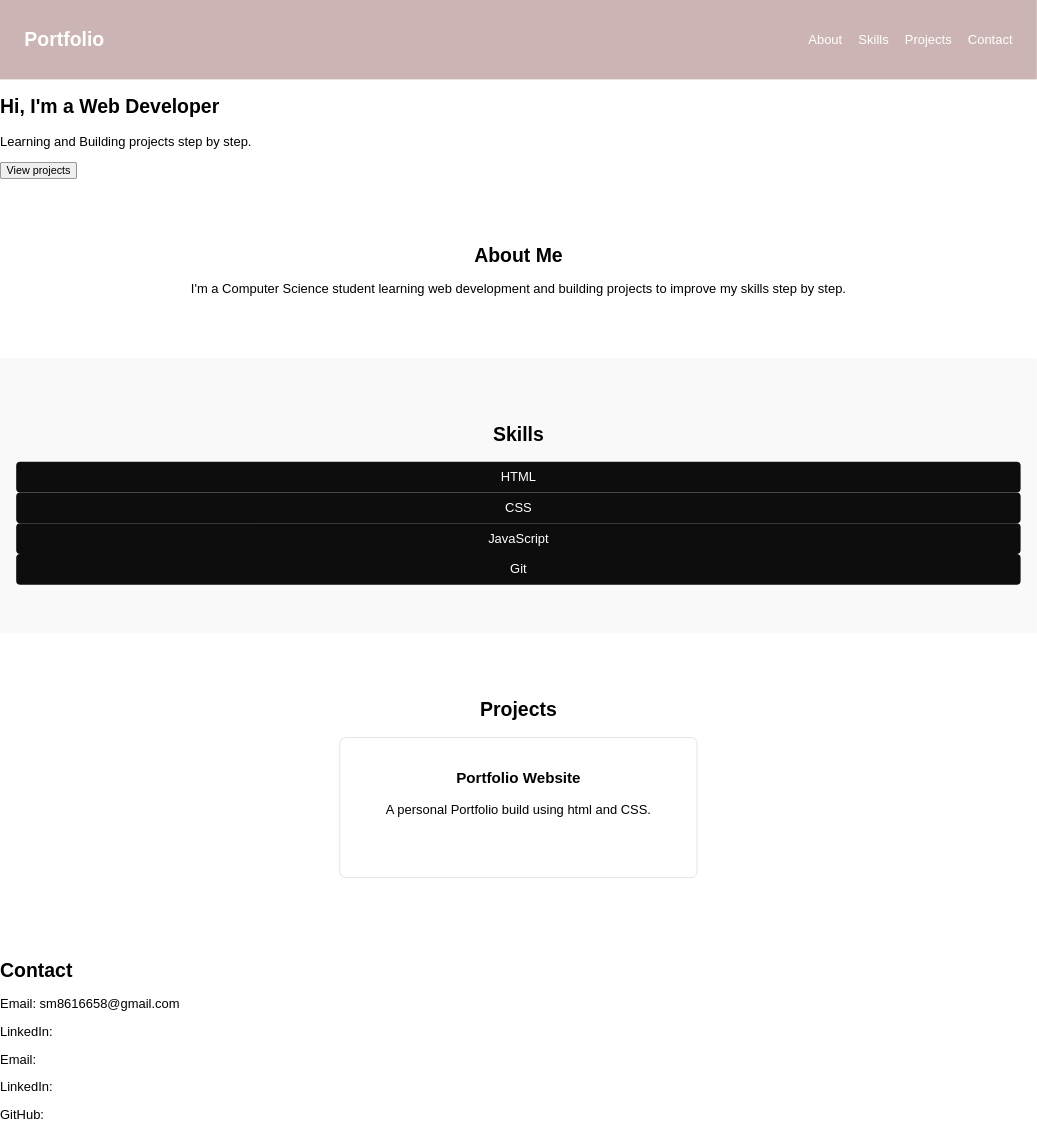
Repository: syeda-naqvi-hub/Portfolio-website
Page: python/portfolio/index.html
The author's editor kept a copy of each file at every save. The page is drawn from the files as they stood at one save, then again after the next save.
The browser window is 1280 px wide. The pictures show the whole page, at 81% of full size.

Above is the page before, as saved 2026-02-07 11:41:03.

After the next save:
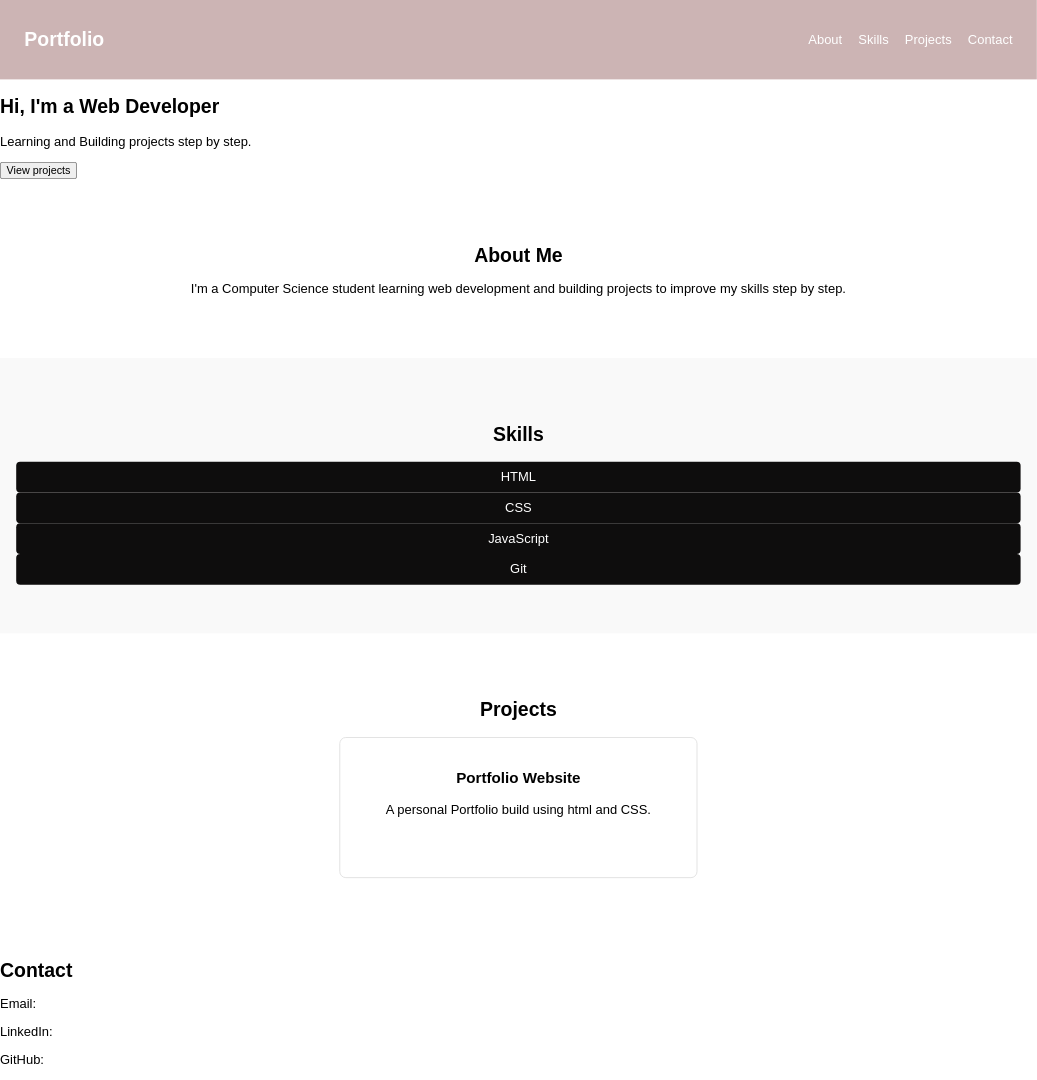
Saved 6 min 10 s later.
--- a/python/portfolio/index.html
+++ b/python/portfolio/index.html
@@ -50,11 +50,9 @@
     </section>
     <section id="contact" class="contact">
         <h2>Contact</h2>
-        <p>Email: sm8616658@gmail.com</p>
-        <p>LinkedIn: </p>
-        <p>Email: <a href="mailto:yourgmail@gmail.com">yourgmail@gmail.com</a></p>
-<p>LinkedIn: <a href="https://linkedin.com/in/Syeda Naqvi">Profile</a></p>
-<p>GitHub: <a href="https://github.com/">Repository</a></p>
+        <p>Email: <a href="mailto:sm8616658@gmail.com">sm8616658@gmail.com</a></p>
+        <p>LinkedIn: <a href="https://linkedin.com/in/Syeda Naqvi">Profile</a></p>
+        <p>GitHub: <a href="https://github.com/syeda-naqvi-hub">Repository</a></p>
     </section>
 </body>
 </html>
--- a/python/portfolio/style.css
+++ b/python/portfolio/style.css
@@ -65,3 +65,9 @@ a {
     margin: 10px;
     display: inline-block;
 }
+.Contact {
+    background: #111;
+    color: white;
+    padding: 40x;
+    text-align: center;
+}
